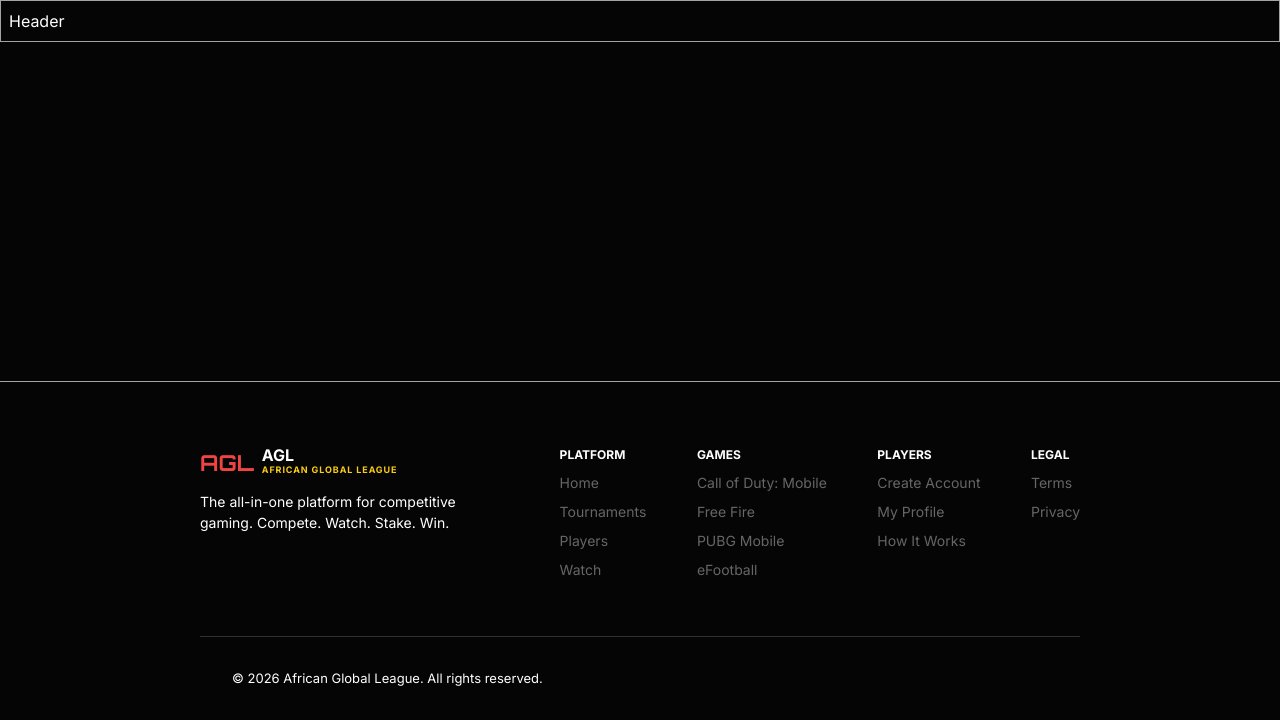
Repository: nino-dev92/AGL
Page: / (app in client/)
An editor plug-in stored every save of this project. The page is shown before and after the next save, followed by the edit.
The browser window is 1280 px wide. The pictures show the whole page.
The project was rebuilt for these pictures with package versions that can differ from the ones it lists, and the page was loaded fresh each time. Also part of the build but not shown: client/vite.config.ts.

Above is the page before, as saved 2026-10-21 14:49:59.

After the next save:
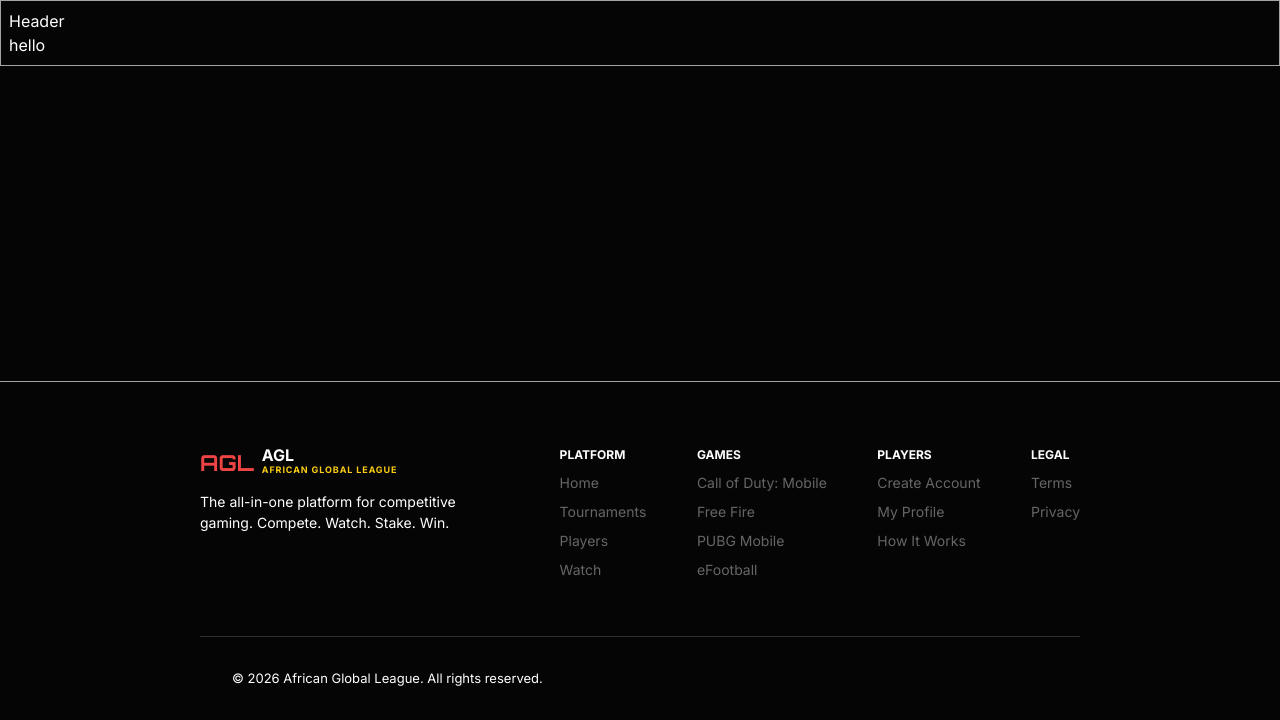
Saved 4 min 4 s later.
--- a/client/src/components/Header.tsx
+++ b/client/src/components/Header.tsx
@@ -4,9 +4,7 @@ export default function Header() {
   return (
     <div className="text-agl-primary border border-agl-gray p-2">
       Header
-      <div className="">
-
-      </div>
+      <div className="">hello</div>
     </div>
   );
 }
